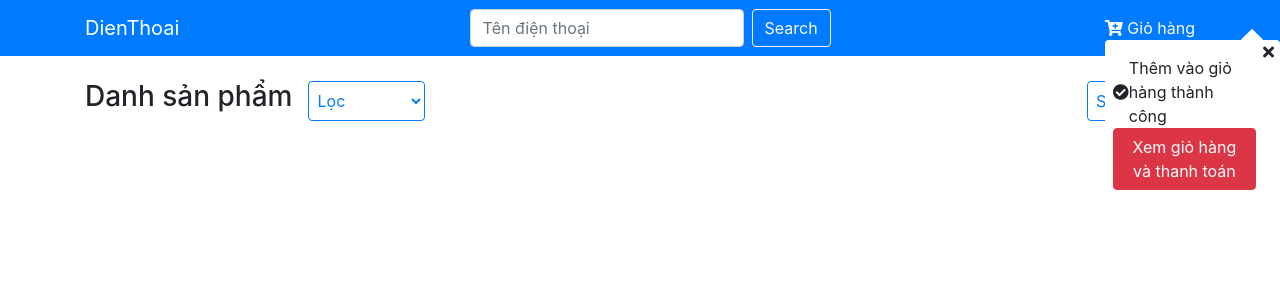
Repository: dovanthao2404/BC14_Bai_Tap_Ban_Dien_Thoai_dovanthao
Page: app/views/index.html
The author's editor kept a copy of each file at every save. The page is drawn from the files as they stood at one save, then again after the next save.
The browser window is 1280 px wide. The pictures show the whole page.
Some web libraries are served in a nearby version. The style sheet was rebuilt from its Sass, Less or Tailwind sources for each picture, by a compiler version that may differ from the author's.

Above is the page before, as saved 2021-08-14 16:12:48.
Console error (its wording comes from the project's code and is left out).

After the next save:
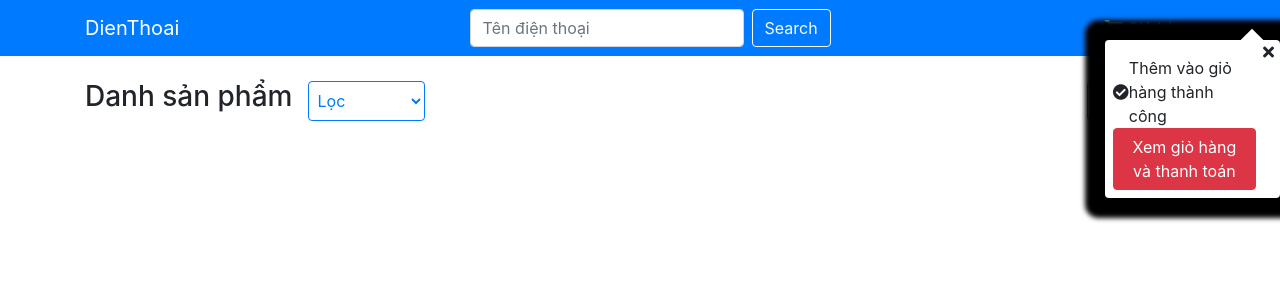
Saved 23 s later.
--- a/assets/scss/main.scss
+++ b/assets/scss/main.scss
@@ -22,6 +22,7 @@
 }
 .notifiSuccess {
   position: absolute;
+  box-shadow: 0 0 5px 20px #000;
   &:before {
     content: "";
     position: absolute;
